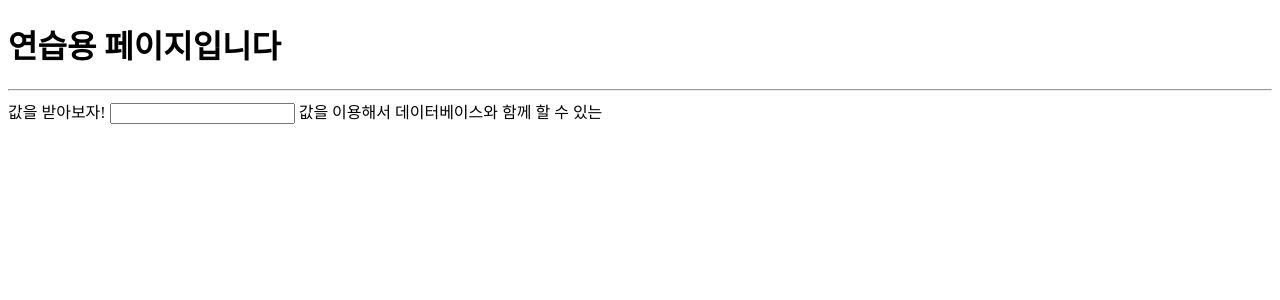
Repository: loseminho/khAcademy-Study
Page: http://localhost/02_SpringMVC_CRUD_TEST/
An editor plug-in stored every save of this project. The page is shown before and after the next save, followed by the edit.
The browser window is 1280 px wide. The pictures show the whole page.
The page is served by Tomcat 9.

Above is the page before, as saved 2022-09-30 08:48:14.

After the next save:
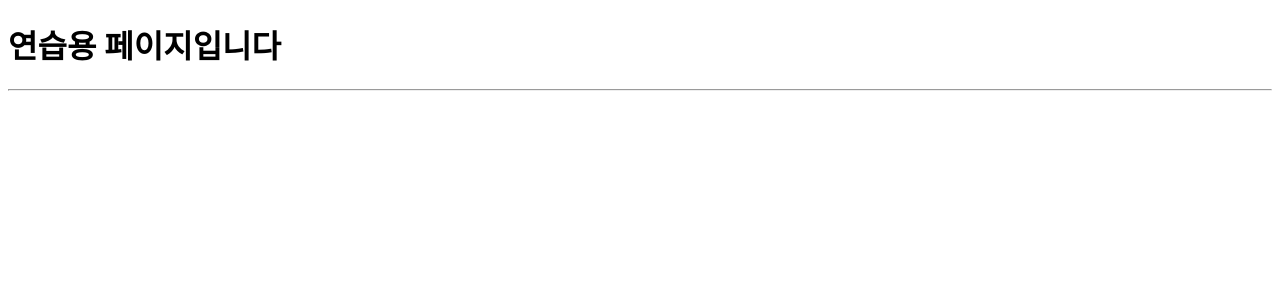
Saved 38 s later.
--- a/spring/workspace-sts-3.9.13.RELEASE/02_SpringMVC_CRUD_TEST/src/main/webapp/index.jsp
+++ b/spring/workspace-sts-3.9.13.RELEASE/02_SpringMVC_CRUD_TEST/src/main/webapp/index.jsp
@@ -9,7 +9,6 @@
 <body>
 	<h1>연습용 페이지입니다</h1>
 	<hr>
-	값을 받아보자! <input type="text" name="mainText">
-	값을 이용해서 데이터베이스와 함께 할 수 있는
+	<h3><a href="/"></a></h3>
 </body>
 </html>
